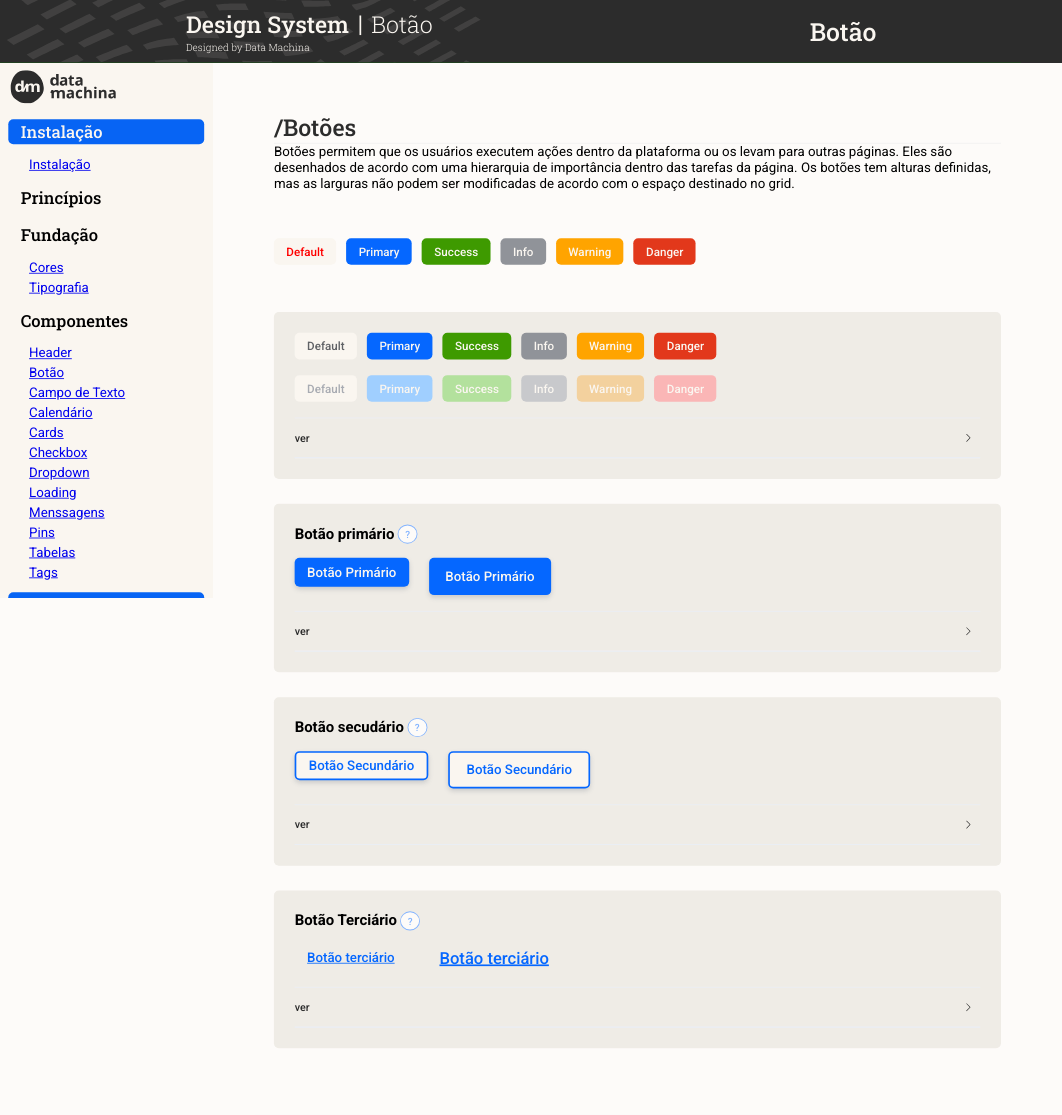
Repository: gustavoemmanoel/DM-Design-System
Page: /#/BotaoDs
An editor plug-in stored every save of this project. The page is shown before and after the next save, followed by the edit.
The browser window is 1280 px wide. The pictures show the whole page, at 83% of full size.
The project was rebuilt for these pictures with package versions that can differ from the ones it lists, and the page was loaded fresh each time. Also part of the build but not shown: vue.config.js, src/views/Installation/InstallationEl.vue, src/views/Fundacao/ColorsDs.vue, src/views/Fundacao/IconografiaDs.vue, src/views/Fundacao/TipografiaDs.vue, src/views/Componentes/HeaderPage.vue, src/views/Componentes/CalendarioDs.vue, src/views/Componentes/CampoTextoDs.vue and 9 more.

Above is the page before, as saved 2022-10-20 20:28:41.

### src/App.vue
<template>
  <div>
    <router-view />
  </div>
</template>

<script>
export default {
  name: "app",
};
</script>

<style>


@import 'index.css';

body {
  overflow-y: scroll;
  background: #fdfbf9;
  /* padding-top: 75px; */
}

.flex {
  display: flex;
  align-items: center;
}

</style>

<style>
.logo {
  width: 220px;
}

.el-header {
  background: green;
  position: fixed;
  width: 100%;
  padding: 0 !important;
  height: 75px !important;
  overflow: hidden;
}

.el-aside {
  margin-top: 75px;
  width: 256px;
}

footer {
  background: pink;
}

.containerInfos {
  background: var(--dm_creme_00);
  color: var(--dm_preto_00);
  border-radius: 6px;
  width: max-content;
  padding: 30px;
}

.componentsStyleContent {
  width: 100vw;
  /* background: gray; */
}

.el-main {
  margin: auto;
  margin-top: 75px;
  margin-bottom: 30px;
  max-width: 1020px;
  padding: 20px;
  padding: 60px 72px 20px 72px;
  box-sizing: border-box;
  border-radius: 6px;
}

.container-elementos {
  background: red;
  background: var(--dm_creme_01);
  width: 100%;
  border-radius: 6px;
  padding: 25px;
  margin-bottom: 30px;
}

.chaves,
.html_color_conteudo,
.html_codigos_blue,
.html_color_axx {
  display: inline;
  /* float: left;   */
}

.html_codigos_blue {
  color: #3375b9;
}
.html_color_conteudo {
  color: #2c2c2c;
}

.html_color_axx {
  color: var(--dm_roxo_C04);
}

/*  */

.html-line-height {
  line-height: 25px;
  background: rgba(151, 240, 151, 0.404);
}
</style>

### src/views/Componentes/BotaoDs.vue
<template>
  <el-container>
    <el-header>
      <HeaderDs :headerTitle="headerTitle" />
    </el-header>
    <el-container>
      <el-aside>
        <AsideComponent :btnAtivo="btnAtivo" />
      </el-aside>
      <el-main>
        <div>
          <h1>/Botões</h1>
          <div class="hr" />
          <p>
            Botões permitem que os usuários executem ações dentro da plataforma
            ou os levam para outras páginas. Eles são desenhados de acordo com
            uma hierarquia de importância dentro das tarefas da página. Os
            botões tem alturas definidas, mas as larguras não podem ser
            modificadas de acordo com o espaço destinado no grid.
          </p>
        </div>
        <br />
        <br />
        <br />
        <el-button gregregre >Default</el-button>
        <el-button type="primary">Primary</el-button>
        <el-button type="success">Success</el-button>
        <el-button type="info">Info</el-button>
        <el-button type="warning">Warning</el-button>
        <el-button type="danger">Danger</el-button>
        <br />
        <br />
        <br />
        <br />




        <div class="container-elementos">
          <el-button>Default</el-button>
          <el-button type="primary">Primary</el-button>
          <el-button type="success">Success</el-button>
          <el-button type="info">Info</el-button>
          <el-button type="warning">Warning</el-button>
          <el-button type="danger">Danger</el-button>
          <br />
          <br />
          <el-button disabled>Default</el-button>
          <el-button type="primary" disabled>Primary</el-button>
          <el-button type="success" disabled>Success</el-button>
          <el-button type="info" disabled>Info</el-button>
          <el-button type="warning" disabled>Warning</el-button>
          <el-button type="danger" disabled>Danger</el-button>
          <br />
          <br />
          <el-collapse v-model="activeNames" @change="handleChange">
            <el-collapse-item title="ver" name="3" >
              <div class="html_codigos_blue">
                <!-- el-button default -->
                <el-row>
                  <el-row>&#60;el-button&#62;</el-row>
                  <div class="html_color_conteudo">Botão</div>
                  <p>&lt;/el-button&gt;</p>
                </el-row>
                <!-- el-button primario -->
                <el-row>
                  <el-row
                    >&#60;el-button type=
                    <div class="html_color_axx">primario</div>
                    &#62;</el-row
                  >
                  <div class="html_color_conteudo">Botão</div>
                  <p>&lt;/el-button&gt;</p>
                </el-row>
                <!-- el-button success -->
                <el-row>
                  <el-row
                    >&#60;el-button type=
                    <div class="html_color_axx">success</div>
                    &#62;</el-row
                  >
                  <div class="html_color_conteudo">Botão</div>
                  <p>&lt;/el-button&gt;</p>
                </el-row>
                <!-- el-button info -->
                <el-row>
                  <el-row
                    >&#60;el-button type=
                    <div class="html_color_axx">info</div>
                    &#62;</el-row
                  >
                  <div class="html_color_conteudo">Botão</div>
                  <p>&lt;/el-button&gt;</p>
                </el-row>
                <!-- el-button warning -->
                <el-row>
                  <el-row>&#60;el-button type=
                    <div class="html_color_axx">warning</div>
                    &#62;</el-row>
                  <div class="html_color_conteudo">Botão</div>
                  <p>&lt;/el-button&gt;</p>
                </el-row>
                <!-- el-button danger -->
                <el-row>
                  <el-row
                    >&#60;el-button type=
                    <div class="html_color_axx">danger</div>
                    &#62;</el-row
                  >
                  <div class="html_color_conteudo">Botão</div>
                  <p>&lt;/el-button&gt;</p>
                </el-row>
              </div>
            </el-collapse-item>
          </el-collapse>
        </div>
        <div
          class="container-elementos"
          v-for="(btnVfor, index) in btnConteudos"
          :key="index"
        >
          <h5 style="position: relative">
            {{ btnVfor.title }}
            <el-popover
              placement="top-start"
              :width="700"
              trigger="hover"
              :content="btnVfor.content"
            >
              <template #reference>
                <el-button size="small" class="tooltip">?</el-button>
              </template>
            </el-popover>
          </h5>
          <el-row>
            <el-col
              v-for="(btnGrid, index) in btnVfor.gridButtons"
              :key="index"
              class="cardsBtn"
            >
              <br />
              <div class="botoes">
                <el-button :type="btnGrid.type">
                  {{ btnGrid.btnText }}
                </el-button>
                <el-button :type="btnGrid.larger">
                  {{ btnGrid.btnText }}
                </el-button>
              </div>
              <br />
            </el-col>
          </el-row>
          <el-col :span="24">
            <el-collapse v-model="activeNames" @change="handleChange">
              <el-collapse-item title="ver" name="3">
                <div style="margin-left: 16px" class="html_codigos_blue">
                  <el-row
                    v-for="(style, index) in btnVfor.stringHTML"
                    :key="index"
                    class="html-line-height"
                  >
                    &lt;el-button type=
                    <div class="html_color_axx">{{ style.html }}</div>
                    &gt;
                    <div class="html_color_conteudo">Botão</div>
                    &lt;/el-button&gt;
                  </el-row>
                </div>
              </el-collapse-item>
            </el-collapse>
          </el-col>
        </div>
      </el-main>
    </el-container>
  </el-container>
</template>
<script>
import AsideComponent from "../ElementsDs/AsideComponent.vue";
import HeaderDs from "../../components/HeaderDs.vue";

export default {
  name: "BotaoDs",
  components: {
    AsideComponent,
    HeaderDs,
  },
  data() {
    return {
      headerTitle: "Botão",

      btnAtivo: { cores: "text-decoration: underline" },
      btnConteudos: [
        {
          content:
            "O botão primário é o que tem a maior ênfase na tela. É destinado à ação essencial do usuário para executar a tarefa principal da página. Possui quatro estados diferentes: ativo, hover, click e bloqueado. Também possui dois tamanhos: o padrão, mais utilizado; e o grande, para casos onde é necessário ainda mais destaque na página, por exemplo na tela de login.",
          title: "Botão primário",
          gridButtons: [
            /* Primeiro */
            {
              btnText: "Botão Primário",
              uso: "Quando o botão está disponível na tela para ser clicado.",
              type: "primario",
              larger: "primario-larger",
            },
          ],

          stringHTML: [
            {
              html: '"primario"',
            },
            {
              html: '"primario-larger"',
            },

            // { html: '<el-button type="primario-larger">Primário<el-button> ' },
          ],
        },
        /* Segundo */
        {
          content:
            "O botão secundário é destinado à ações que tem menor importância em relação à ação principal da página ou em páginas que contenham mais de uma ação primária. Possui quatro estados diferentes: ativo, hover, click e bloqueado. Possui  também dois tamanhos: o padrão, mais utilizado; e o grande, para casos onde é necessário ainda mais destaque na página.",
          title: "Botão secudário",
          gridButtons: [
            {
              btnText: "Botão Secundário",
              type: "secundario",
              larger: "secundario-larger",
            },
          ],
          stringHTML: [
            { html: '"secundario"' },
            {
              html: '"secundario-larger"',
            },
          ],
        },
        /* Terceiro */
        {
          content:
            "O botão terciário é usado em ações de pouca importância e não deve ser o único botão da página. Geralmente guia para elementos externos ao sistema. Possui quatro estados diferentes: ativo, hover, click e bloqueado. Ele só possui o tamanho padrão.",
          title: "Botão Terciário",
          gridButtons: [
            {
              btnText: "Botão terciário",
              type: "terciario",
              larger: "terciario-larger",
            },
          ],
          stringHTML: [
            { html: '"terciario"' },
            {
              html: '"terciario-larger"',
            },
          ],
        },
      ],
    };
  },
};
</script>

<style scoped>
.cardsBtn {
  border-radius: 6px;
  width: 50px;
}

.botoes {
  display: flex;
  gap: 12px;
}

.codigos {
  display: grid;
}

.tooltip {
  position: absolute;
  border: 1px solid var(--dm_azul_02);
  background: var(--dm_creme_02);
  border-radius: 50% !important;
  margin-left: 4px;
  color: var(--dm_azul_02);
  width: 10px !important;
  height: 23px !important;
}

.testtooltip:focus,
.tooltip:hover {
  color: var(--dm_azul_02);
  border-color: var(--dm_azul_02);
}
.el-collapse {
  --el-collapse-header-bg-color: none;
  --el-collapse-content-bg-color: none;
}
* {
  outline: none;
}

[gregregre]{
  color: red;
  background: ;
}

</style>

### src/views/PDF.vue
<template>
  <div>
    <div class="container">
      <div class="mestre">
        <div class="pai">
          <div class="filho">
            <div class="relatorio filhoDiv" >
              <img src="/logo.jpg">
              <div class="rela"> Relatório de rotas </div></div>
            <div class="romaneio filhoDiv">Roteiro X - Detalhes de Entrega</div>
          </div>
          <div class="data">01/01/2022</div>
        </div>
        <table>
          <tr class="veiculo">
            <td v-for="(totaisdados, index) in DadosTotais" :key="index">
              <b> {{ totaisdados.name }} </b>
              <p>{{ totaisdados.dados }}</p>
            </td>
          </tr>
        </table>
      </div>
      <br />
      <table class="cont-table">
        <tr class="titulo">
          <td><b> Identificação</b></td>
          <td><b>Endereço</b></td>
          <td><b>Distância</b></td>
          <td><b>Quantidade</b></td>
          <td><b>Peso</b></td>
          <td><b>Volume</b></td>
        </tr>
        <tr class="resp" v-for="(trTop, index) in dadosBackEnd" :key="index">
          <td v-for="(dado, index) in trTop.tr" :key="index">
            {{ dado.td }}
          </td>
        </tr>
      </table>
    </div>
  </div>
</template>
<script>
export default {
  name: "PDF",
  data() {
    return {
      DadosTotais: [
        {
          name: "Veículos",
          dados: "20",
        },
        {
          name: "N° de visitas",
          dados: "20",
        },
        {
          name: "Distância Total",
          dados: "100km",
        },
        {
          name: "Temp Total",
          dados: "223450",
        },
        {
          name: "Peso Total",
          dados: "34",
        },
        {
          name: "Volume Total",
          dados: "425643",
        },
        {
          name: "Ocupação Total",
          dados: "485603",
        },
      ],

      dadosBackEnd: [
        {
          tr: [
            { td: "Mateus" },
            { td: "Guilherme" },
            { td: "Gustavo" },
            { td: "Ivo" },
            { td: "Elisa" },
            { td: "Pedro" },

          ],
        },
        {
          tr: [
            { td: "Mateus" },
            { td: "Guilherme" },
            { td: "Gustavo" },
            { td: "Ivo" },
            { td: "Elisa" },
            { td: "Pedro" },

          ],
        },
        {
          tr: [
            { td: "Mateus" },
            { td: "Guilherme" },
            { td: "Gustavo" },
            { td: "Ivo" },
            { td: "Elisa" },
            { td: "Pedro" },

          ],
        },
        {
          tr: [
            { td: "Mateus" },
            { td: "Guilherme" },
            { td: "Gustavo" },
            { td: "Ivo" },
            { td: "Elisa" },
            { td: "Pedro" },

          ],
        },
        {
          tr: [
            { td: "Mateus" },
            { td: "Guilherme" },
            { td: "Gustavo" },
            { td: "Ivo" },
            { td: "Elisa" },
            { td: "Pedro" },

          ],
        },
        {
          tr: [
            { td: "Mateus" },
            { td: "Guilherme" },
            { td: "Gustavo" },
            { td: "Ivo" },
            { td: "Elisa" },
            { td: "Pedro" },

          ],
        },
        {
          tr: [
            { td: "Mateus" },
            { td: "Guilherme" },
            { td: "Gustavo" },
            { td: "Ivo" },
            { td: "Elisa" },
            { td: "Pedro" },

          ],
        },
        {
          tr: [
            { td: "Mateus" },
            { td: "Guilherme" },
            { td: "Gustavo" },
            { td: "Ivo" },
            { td: "Elisa" },
            { td: "Pedro" },

          ],
        },
        {
          tr: [
            { td: "Mateus" },
            { td: "Guilherme" },
            { td: "Gustavo" },
            { td: "Ivo" },
            { td: "Elisa" },
            { td: "Pedro" },

          ],
        },
        {
          tr: [
            { td: "Mateus" },
            { td: "Guilherme" },
            { td: "Gustavo" },
            { td: "Ivo" },
            { td: "Elisa" },
            { td: "Pedro" },

          ],
        },
        {
          tr: [
            { td: "Mateus" },
            { td: "Guilherme" },
            { td: "Gustavo" },
            { td: "Ivo" },
            { td: "Elisa" },
            { td: "Pedro" },

          ],
        },
        {
          tr: [
            { td: "Mateus" },
            { td: "Guilherme" },
            { td: "Gustavo" },
            { td: "Ivo" },
            { td: "Elisa" },
            { td: "Pedro" },

          ],
        },

      ],
    };
  },
};
</script>

<style scoped>
@import url("https://fonts.googleapis.com/css2?family=Roboto:ital,wght@0,100;0,300;0,400;0,500;0,700;0,900;1,100;1,300;1,400;1,500;1,700;1,900&display=swap");
/* Roboto */
/* font-family: 'Roboto', sans-serif; */

@import url("https://fonts.googleapis.com/css2?family=Roboto+Slab:wght@200;300;400;500;600;700;800;900&display=swap");
/* Roboto Slab */
/* font-family: 'Roboto Slab', serif; */




.container {
  width: 1000px;
  margin: auto;
  color: #2c2c2c !important;
}

.mestre {
  border-collapse: collapse;
  margin-top: 20px;
}
.relatorio {
  display: flex;
  font-size: 35px;
  align-items: center;
}

.relatorio img{
  width: 120px;
  object-fit: contain;
  position: absolute;
  margin-left: 10px;

}

.rela{
  width: 100%;
}


.pai {
  display: flex;
  font-size: 25px;
}
.filho {
  width: 728px;
}

.romaneio{
  text-align: center;
  display: flex;
  align-items: center;
  justify-content: center;
}
.filhoDiv {
  font-family: "Roboto Slab", serif;
  font-weight: bold;
  border-width: 1px 0 0 1px;
  border-color: #cacaca;
  border-style: solid;
  height: 60px;
  text-align: center;
  display: flex;
}
.data {
  font-family: "Roboto Slab", serif;
  font-weight: bold;
  display: flex;
  align-items: center;
  justify-content: center;
  font-size: 25px;
  width: 222px;
  text-align: center;
  border-width: 1px 1px 0 1px;
  border-color: #cacaca;
  border-style: solid;
}
table {
  border-collapse: collapse;
}
h1 {
  font-size: 16px;
  color: #2c2c2c;
}
.veiculo td {
  border-width: 1px;
  border-color: #cacaca;
  border-style: solid;
  height: 56px;
  width: 159px;
  padding: 10px;
  text-align: center;

  font-size: 18px;
}
.veiculo tr {
  margin-left: 400px;
  height: 40px;
}
.titulo td {
  font-size: 18px;
}

.cont-table > tr:nth-child(2n) {
  background: #f0f0f0;
}

.cont-table td {
  width: 190px;
}
td {
  border-width: 1px;
  border-color: #cacaca;
  border-style: solid;

  padding: 10px;
  text-align: center;
}
.resp td {
  font-weight: normal;
  font-size: 18px;
}
</style>

### src/components/HeaderDs.vue
<template>
  <div>
    <el-col class="header">
      <el-col :offset="4" :span="16" class="container-ds">
        <div>
          <div class="cont-ds">
            <p class="first-title">Design System</p>
            |
            <p class="second-title">{{ headerTitle }}</p>
          </div>
          <p class="sub-title">Designed by Data Machina</p>
        </div>
        <div class="align_right">
          <p class="principal">{{ headerTitle }}</p>
        </div>
        <img class="graf" src="/grafismo.svg" />
      </el-col>
    </el-col>
  </div>
</template>
<script>
export default {
  name: "HeaderDs",
  props: {
    headerTitle: String,
  },
};
</script>

<style scoped>
.header {
  display: flex;
  align-items: center;
  top: 0;
  /* position: fixed; */
  background-color: #2c2c2c;
  color: #faf6f0;
  height: 75px;
  overflow: hidden;
  width: 100%;
  z-index: 100;
}
.container-ds {
  display: flex;
  align-items: center;
}

.align_right {
  margin-left: auto;
}

.cont-ds {
  display: flex;
  align-items: center;
  gap: 10px;
  font-size: 28px;
}

.first-title {
  font-weight: 500;
  font-family: "Roboto Slab", serif;
}

.second-title {
  font-size: 28px;
  font-weight: 300;
  font-family: "Roboto Slab", serif;
}

.sub-title {
  font-size: 12px;
  font-weight: 300;
  font-family: "Roboto Slab", serif;
}

.principal {
  font-size: 30px;
  font-weight: 500;
  font-family: "Roboto Slab", serif;
}

.graf {
  position: absolute;
  height: 475px;
  left: 0;
  opacity: 0.1;
}
</style>

### src/views/ElementsDs/AsideComponent.vue
<template>
  <div class="side-bar">
    <img class="logo-dm" src="/logo.svg" />
    <!-- Princípios -->
    <div class="component-tag tag-ativa">Instalação</div>
    <div class="options">
      <router-link to="InstallationEl">Instalação</router-link>
    </div>
    <div class="component-tag">Princípios</div>
    <!-- Fundação -->
    <div class="component-tag">Fundação</div>
    <div class="options">
      <router-link to="ColorsDs" :style="btnAtivo.cores">Cores</router-link>
      <router-link to="TipografiaDs" :style="btnAtivo.tipografia"
        >Tipografia</router-link
      >
    </div>

    <!-- Componentes -->
    <div class="component-tag">Componentes</div>
    <div class="options">
      <router-link to="HeaderPage">Header</router-link>
      <router-link to="BotaoDs">Botão</router-link>
      <router-link to="CampoTextoDs">Campo de Texto</router-link>
      <router-link to="CalendarioDs">Calendário</router-link>
      <router-link to="CardsDs">Cards</router-link>
      <router-link to="CheckboxDs">Checkbox</router-link>
      <router-link to="DropdownDs">Dropdown</router-link>
      <router-link to="LoadingDs">Loading</router-link>
      <router-link to="MenssagensDs">Menssagens</router-link>
      <router-link to="PinsDs">Pins</router-link>
      <router-link to="TabelasDs">Tabelas</router-link>
      <router-link to="TagsDs">Tags</router-link>
    </div>
    <router-link to="SobreDs" class="component-tag tag-ativa"
      >Sobre</router-link
    >
    <!--  <el-footer>
      <img src="/grafismos/graf-01-background.svg" />
      <img src="/grafismos/graf-02-background.svg" />
    </el-footer> -->
  </div>
</template>

<script>
export default {
  name: "AsideComponent",
  props: {
    btnAtivo: String,
  },
};
</script>

<style scoped>
/*  */
.side-bar {
  position: fixed;
  background: #faf6f0;
  overflow-y: auto;
  width: 256px;
  /* padding: 17px; */
  height: calc(100vh - 75px);
  padding: 10px;
  padding-bottom: 30px;
}

.Principles {
  font-family: "Roboto Slab", serif;
  font-weight: 300;
}

.principles-1 {
  font-family: "Roboto Slab", serif;
  font-size: 30px;
  font-weight: 500;
}

.DS {
  font-size: 28px;
  font-family: "Roboto Slab", serif;
}

.logo-dm {
  height: 40px;
  width: 132px;
}

.component-tag {
  font-size: 20px;
  font-weight: 500;
  font-family: "Roboto Slab", serif;
  display: flex;
  align-items: center;
  padding-left: 15px;
  height: 30px;
  border-radius: 6px;
  margin: 15px 0;
}

.tag-ativa {
  background: #0764f4;
  color: #faf6f0;
}

.btn-aside {
  display: flex;
  flex-direction: column;
  align-items: flex-start;
  gap: 5px;
  padding: 10px 0;
}

.btn-aside button {
  background: none;
  border: none;
  font-size: 18px;
  font-weight: 400;
  margin-left: 25px;
  transition: 0.3s;
  cursor: pointer;
}

.btn-aside button:hover {
  color: #0764f4;
  transition: 0.3s;
}

.options {
  display: flex;
  flex-direction: column;
  gap: 5px;
  margin: 10px 0 10px 25px;
}

.options p {
  font-size: 18px;
  font-weight: 400;
  cursor: pointer;
  transition: 0.2s;
}

.options p:hover {
  transition: 0.2s;
  color: var(--dm_cinza_02);
}

footer {
  position: absolute;
  bottom: 0;
  left: 0;
  width: 100%;
  background: #2c2c2c;
  padding: 0;
}
</style>

Loaded but not shown: public/index.html (common file); src/index.css (library); src/router/index.js (133 lines, source omitted); src/main.js (14 lines, source omitted); src/views/Componentes/TagsDs.vue (215 lines, source omitted)

After the next save:
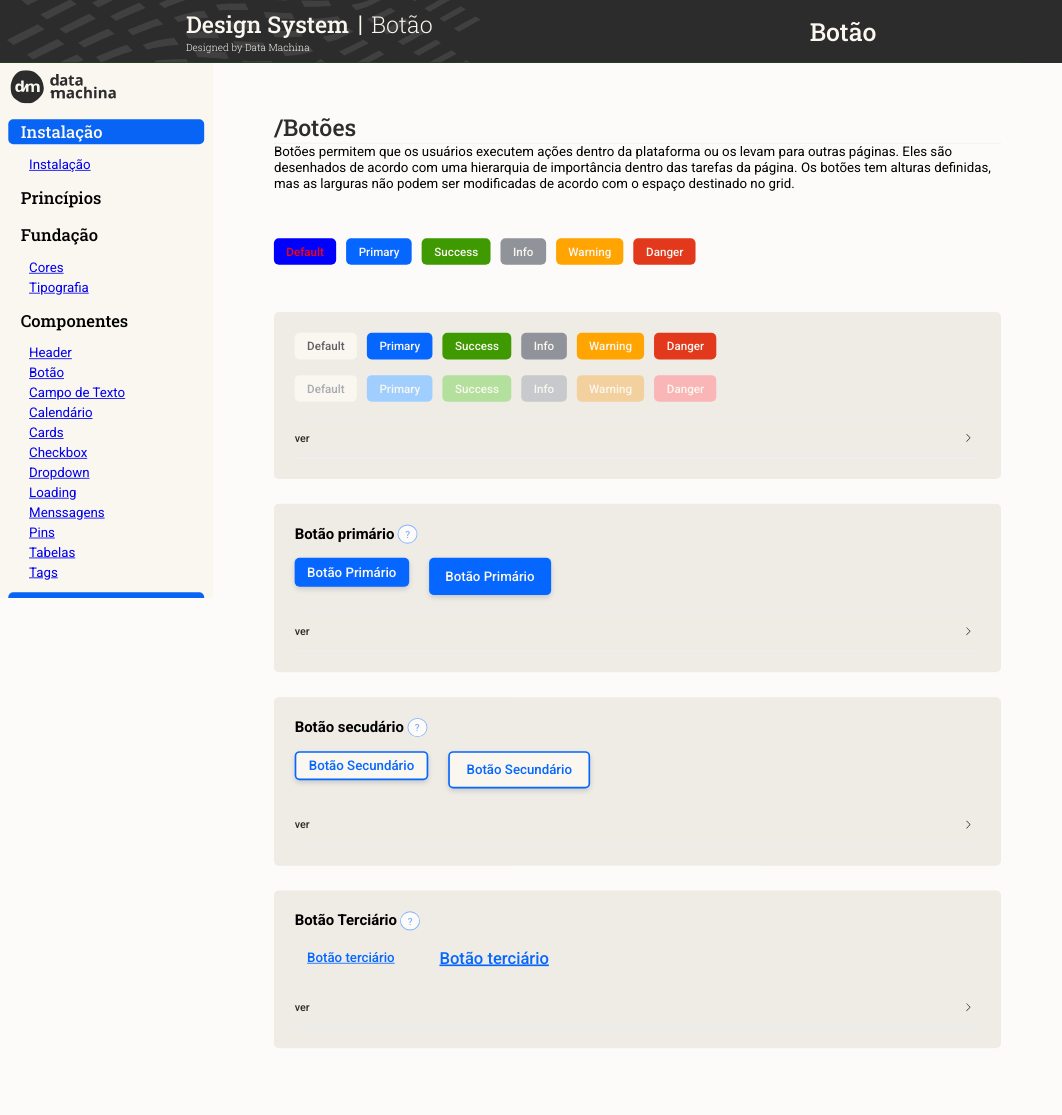
Saved 4 s later.
--- a/src/views/Componentes/BotaoDs.vue
+++ b/src/views/Componentes/BotaoDs.vue
@@ -300,7 +300,7 @@ export default {
 
 [gregregre]{
   color: red;
-  background: ;
+  background: blue;
 }
 
 </style>
